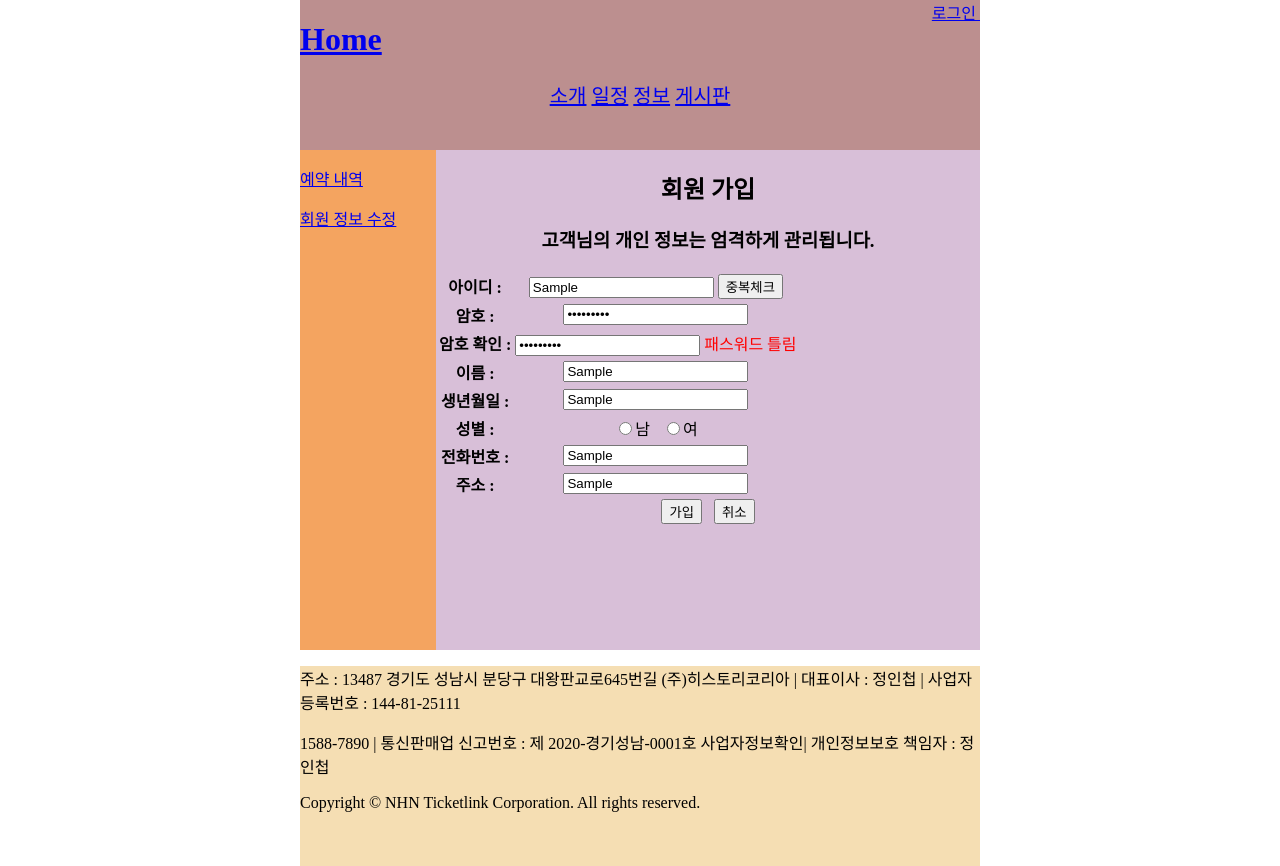
Repository: dlscjq34/JSP_historyTour
Page: http://localhost/HistoryTour/WEB-INF/views/member/joinMember.jsp
An editor plug-in stored every save of this project. The page is shown before and after the next save, followed by the edit.
The browser window is 1280 px wide. The pictures show the whole page.
Empty fields were first filled with sample values (such as "Sample", 5 or name@example.com).
After loading, the first visible `#pswd2` was changed once.
The page is served by Tomcat 9. Nobody is signed in. The template is opened directly, without the code that normally fills it, so the values that code supplies are empty.

Above is the page before, as saved 2020-12-21 02:50:37.

After the next save:
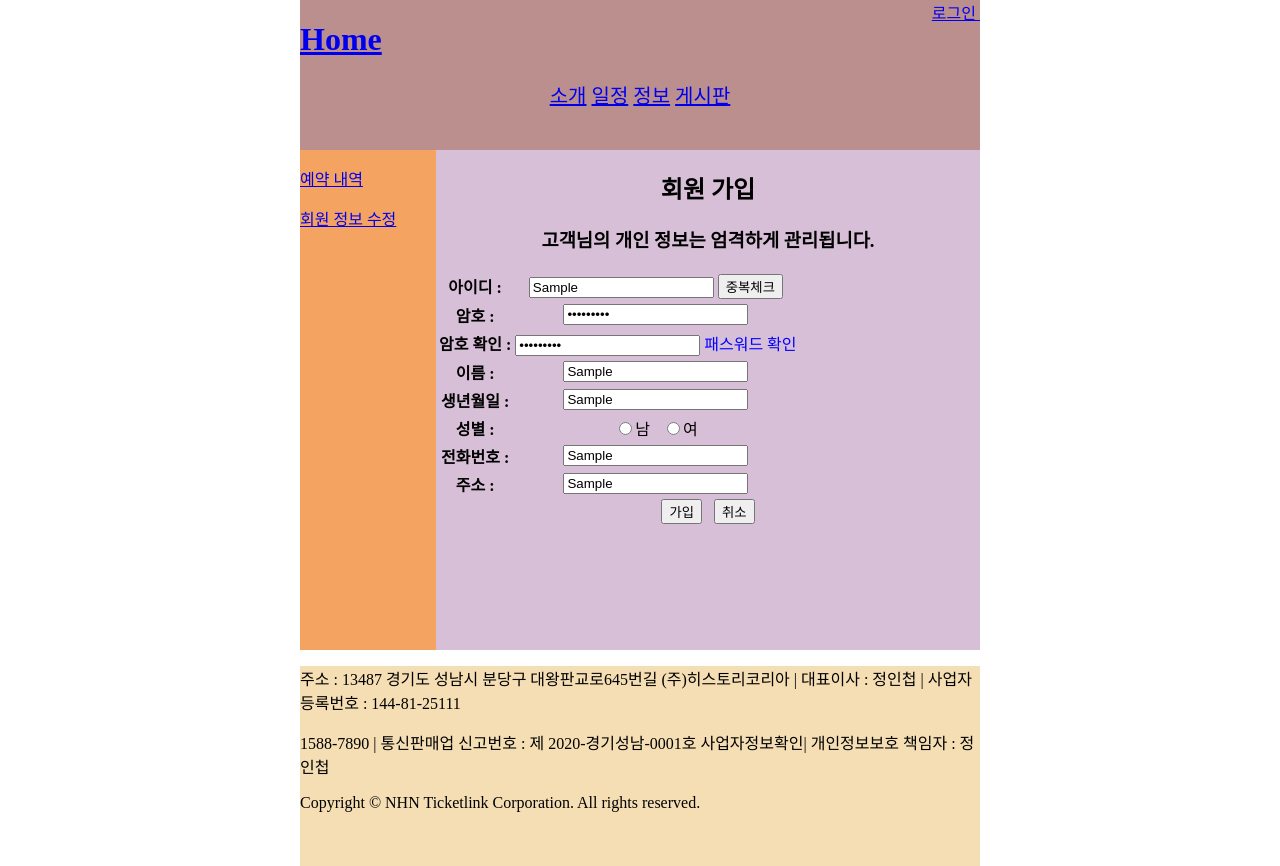
Saved 32 s later.
--- a/HistoryTour/WebContent/WEB-INF/views/member/joinMember.jsp
+++ b/HistoryTour/WebContent/WEB-INF/views/member/joinMember.jsp
@@ -98,10 +98,7 @@
 		pw2 = document.frm.pswd2.value;
 		pwStatus = document.getElementById("pwStatus");
 
-		alert(pswd1);
-		alert(pswd2);
-
-		if(pswd1 == pswd2) {
+		if(pw1 == pw2) {
 			pwStatus.innerHTML = "패스워드 확인";
 			pwStatus.style.color = "blue"
 		}
